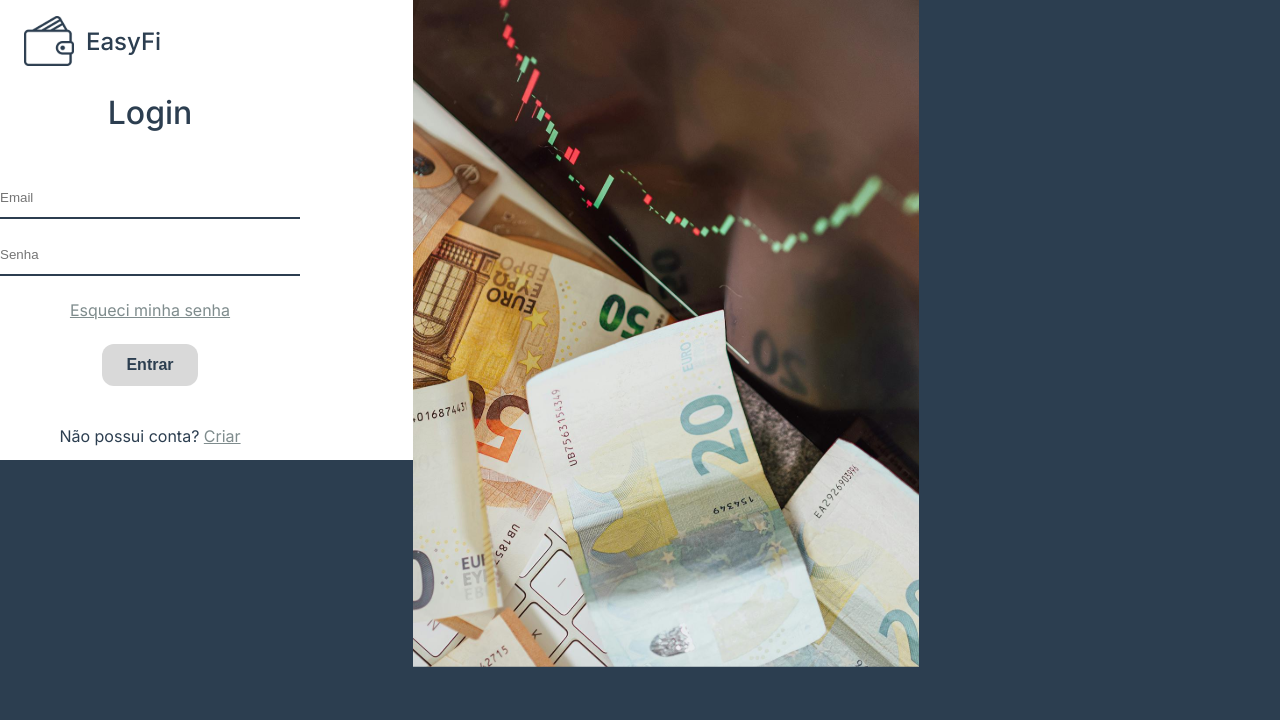
Repository: Ingridiag/projeto-engenharia
Page: login.html
The author's editor kept a copy of each file at every save. The page is drawn from the files as they stood at one save, then again after the next save.
The browser window is 1280 px wide. The pictures show the whole page.

Above is the page before, as saved 2024-10-28 16:45:41.

### login.html
<!DOCTYPE html>
<html lang="pt">

<head>
    <meta charset="UTF-8">
    <meta name="viewport" content="width=device-width, initial-scale=1.0">
    <link rel="preconnect" href="https://fonts.googleapis.com">
<link rel="preconnect" href="https://fonts.gstatic.com" crossorigin>
<link href="https://fonts.googleapis.com/css2?family=Inter:ital,opsz,wght@0,14..32,100..900;1,14..32,100..900&display=swap"
rel="stylesheet">
    <link rel="stylesheet" href="style.css">
    <title>Login</title>
</head>

<body>
    <div class="container">

        <!-- Tela Login -->
        <div class="login">
            <div class="primeira-coluna">
                <div class="logo">
                    <img src="imagens/logo-azul 1.svg" alt="logo">
                    <h1>EasyFi</h1>
                </div>
                <div class="formulario">
                    <h1 class="title">Login</h1>
                    <form >
                        <input type="email" placeholder="Email">
                        <input type="password" placeholder="Senha">
                    </form>
                    <div class="uses">
                        <a href="#" class="link">Esqueci minha senha</a>

                    </div>
                    <div class="btn-default">
                        <button>
                            Entrar
                        </button>
                    </div>
                    <div >
                        <p>Não possui conta?
                            <span>
                                <a href="#" class="link">Criar</a>
                            </span>
                        </p>
                    </div>
                </div>
            </div>
            <div class="decor">
                <h3 class="mensagem">
                    facilite a organização dos seus gastos
                </h3>
                <img src="imagens/imagem_background.svg" alt="imagem_background">
            </div>
        </div>



        <div class="cadastro">
            <!-- Tela Cadastro -->
            <div class="decor">
                <h3 class="mensagem">
                    facilite a organização dos seus gastos
                </h3>
            </div>

            <div class="primeira-coluna">
                <div class="logo">
                    <img src="imagens/logo-azul 1.svg" alt="logo">
                    <h1>EasyFi</h1>
                </div>
                <div class="formulario">
                    <h1 class="title">Criar Conta</h1>
                    <form >
                        <input type="text" placeholder="Nome">
                        <input type="email" placeholder="Email">
                        <input type="password" placeholder="Senha">
                        <input type="password" placeholder=" Confirmar senha">
                    </form>
                    <div>
                        <a href="#" class="link">Esqueci minha senha</a>

                    </div>
                    <div class="btn-default">
                        <button>
                            Entrar
                        </button>
                    </div>
                    <div class="uses">
                        <p>Já possui conta?
                            <span>
                                <a href="#" class="link">Login</a>
                            </span>
                        </p>
                    </div>
                </div>
            </div>
        </div>


    </div>

</body>

</html>

### style.css
body {
    margin: 0;
    padding: 0;
    box-sizing: border-box;
    background: #2C3E50;
    font-family: "Inter", sans-serif;
}

.container {
    display: flex;
    justify-content: center;
    align-items: center;
    margin:  0auto;
    width: 50%;
}

.login {
    width: 100%;
    height: 55vh;
    padding: 5%;
    display: flex;
    align-items: center;
    background: #fff;
    justify-content: space-between;
}

.primeira-coluna {
    width: 70%;
    display: flex;
    flex-direction: column;
    justify-content: center;
    /* background: #909090; */
}

.logo {
    display: flex;
    gap: 12px;
    align-items: center;
    padding: 12px 24px 0;
    color: #2C3E50;

    h1 {
        font-size: 24px;
        font-weight: 500;
    }
    img{
        width: 50px;

    }

}

.formulario {
    display: flex;
    flex-direction: column;
    align-items: center;
    gap: 24px;
    color: #2C3E50;
    h1{
        font-weight: 500;}
}

.formulario form {
    display: flex;
    flex-direction: column;
    gap: 16px;
}

.formulario form input {
    width: 300px;
    padding: 12px 0px;
    background: none;
    border: none;
    border-bottom: 2px solid #2C3E50;
    outline: none;
    color: #2C3E50;

}

.formulario a {
    color: #7F8C8D;
}

.btn-default button {
    background: #D9D9D9;
    border: none;
    border-radius: 12px;
    padding: 12px 24px;
    font-size: 16px;
    transition: 0.2s ease;
    cursor: pointer;
    color: #2C3E50;
    font-weight: 600;
}

.btn-default button:hover {
    background: #F4EEEE;
    color: #577695;
    transform: scale(1.1);
}
.decor{
   display: flex;
   /* img{
    width: 100%;
    height: 80%;
   } */
}

.cadastro {
    display: none;
    flex-direction: column;
    position: relative;
}

After the next save:
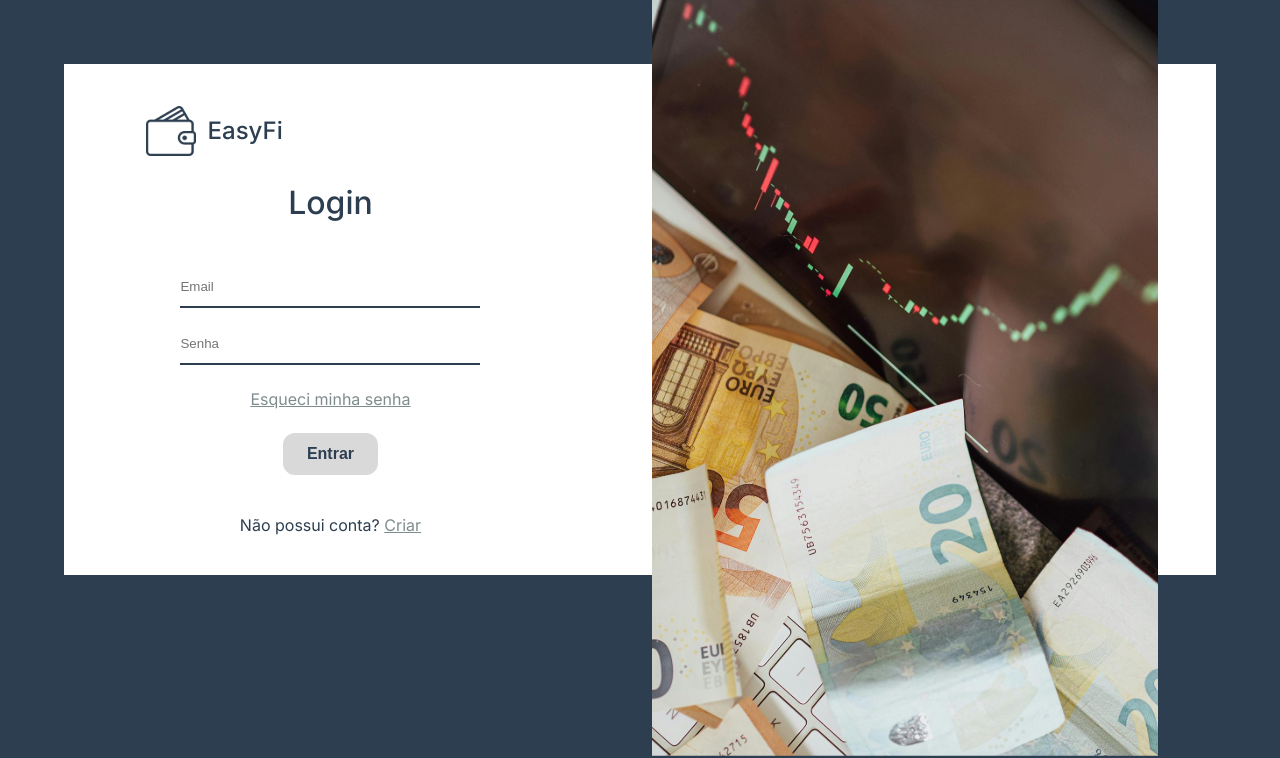
Saved 6 s later.
--- a/style.css
+++ b/style.css
@@ -10,8 +10,7 @@ body {
     display: flex;
     justify-content: center;
     align-items: center;
-    margin:  0auto;
-    width: 50%;
+    margin: 5%;
 }
 
 .login {
